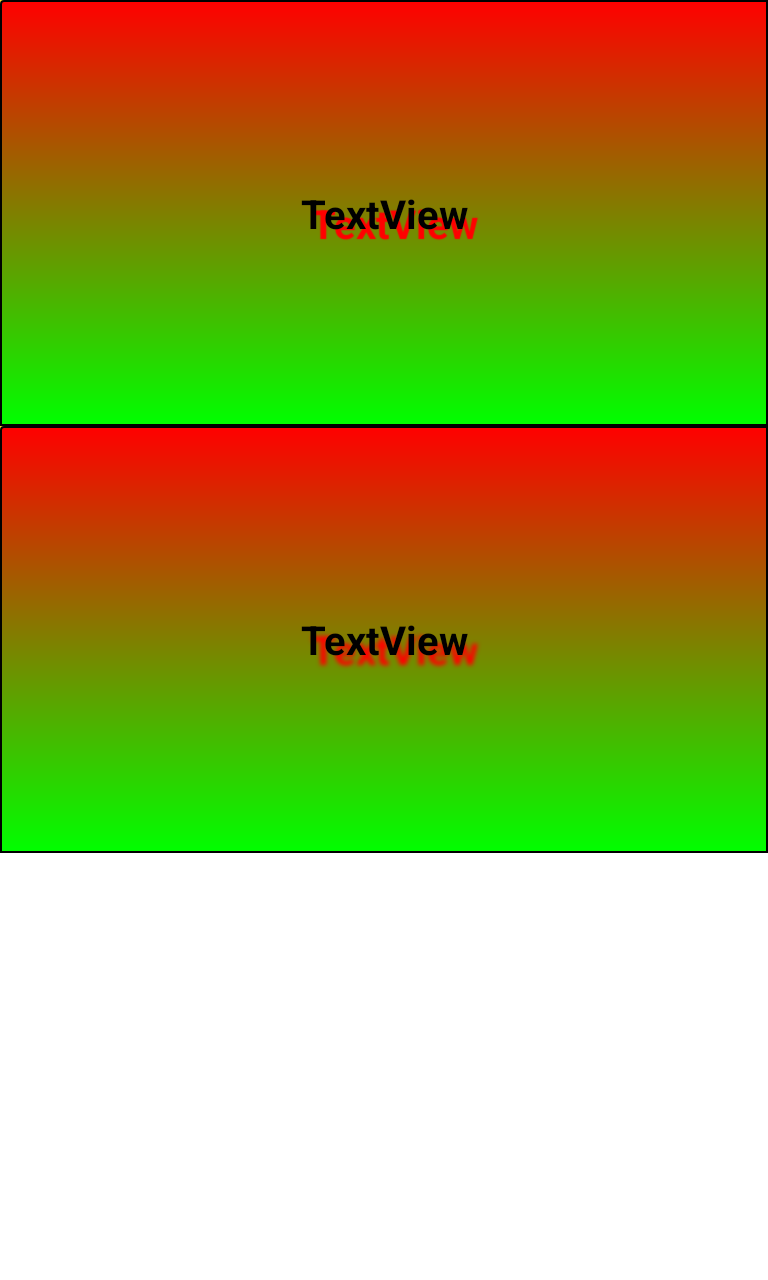
Repository: yhtaphp/yhtqgit
Layout: android/TextView/res/layout/activity_main.xml
The author's editor kept a copy of each file at every save. The layout is drawn from the files as they stood at one save, then again after the next save.
It is drawn on a 768 x 1280 px phone screen (xhdpi) without system bars, with theme AppTheme; the app's code is not run.

Above is the layout before, as saved 2016-09-11 13:50:44.

After the next save:
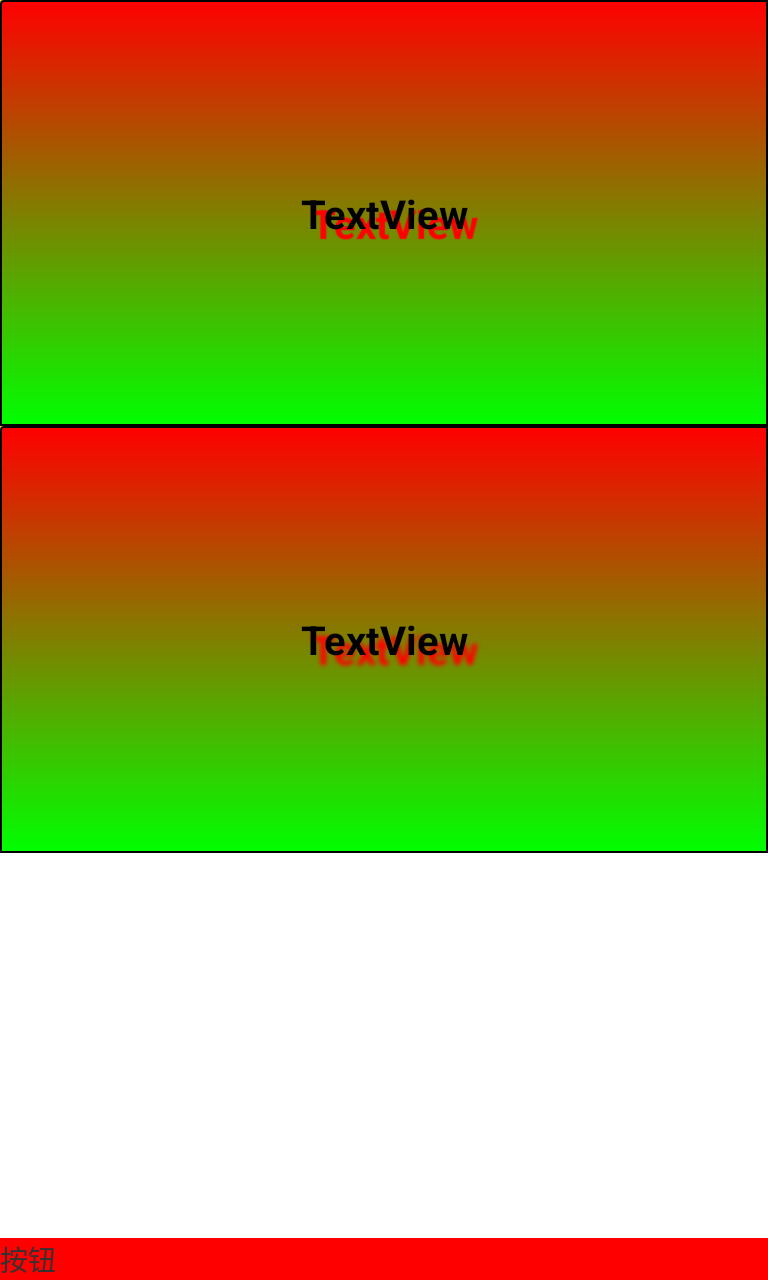
Saved 7 s later.
--- a/android/TextView/res/layout/activity_main.xml
+++ b/android/TextView/res/layout/activity_main.xml
@@ -47,7 +47,7 @@
 
        <TextView
            android:layout_width="match_parent"
-           android:layout_height="0dp"
+           android:layout_height="wrap_content"
            android:layout_gravity="center|end"
            android:background="#f00"
            android:text="按钮" />
